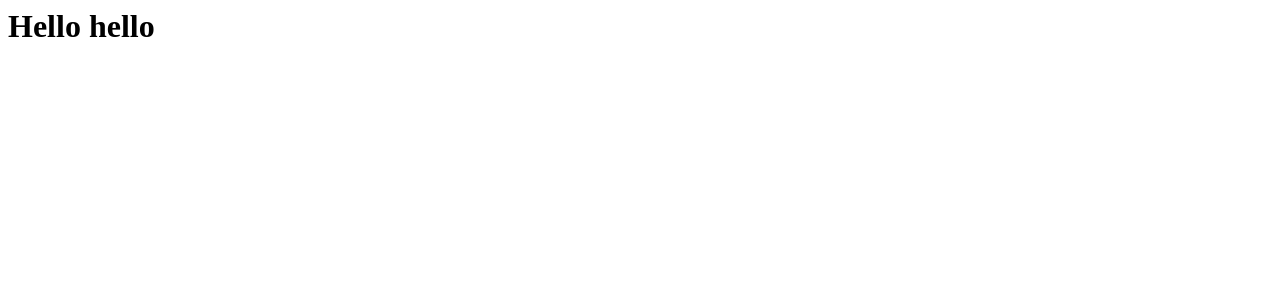
Repository: Mesgana-H/cmdNew
Page: index.html
An editor plug-in stored every save of this project. The page is shown before and after the next save, followed by the edit.
The browser window is 1280 px wide. The pictures show the whole page.

Above is the page before, as saved 2022-01-20 19:53:24.

After the next save:
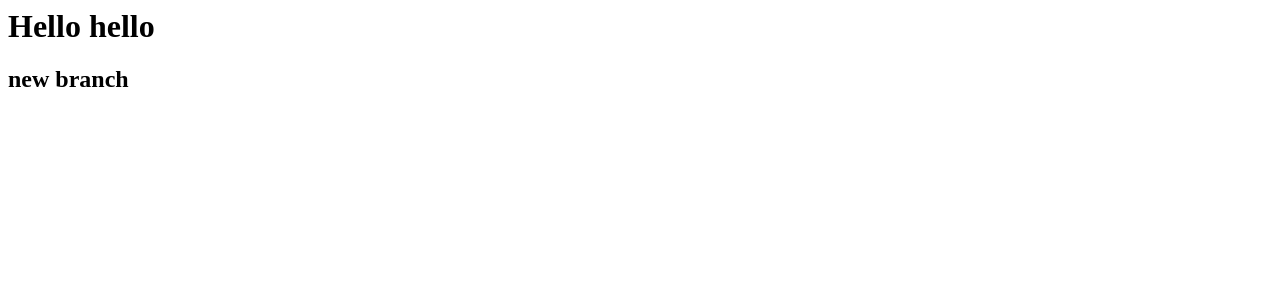
Saved 19 min 51 s later.
--- a/index.html
+++ b/index.html
@@ -6,6 +6,7 @@
 
 <body>
     <h1>Hello hello </h1>
+    <h2> new branch</h2>
 </body>
 
 </html>
